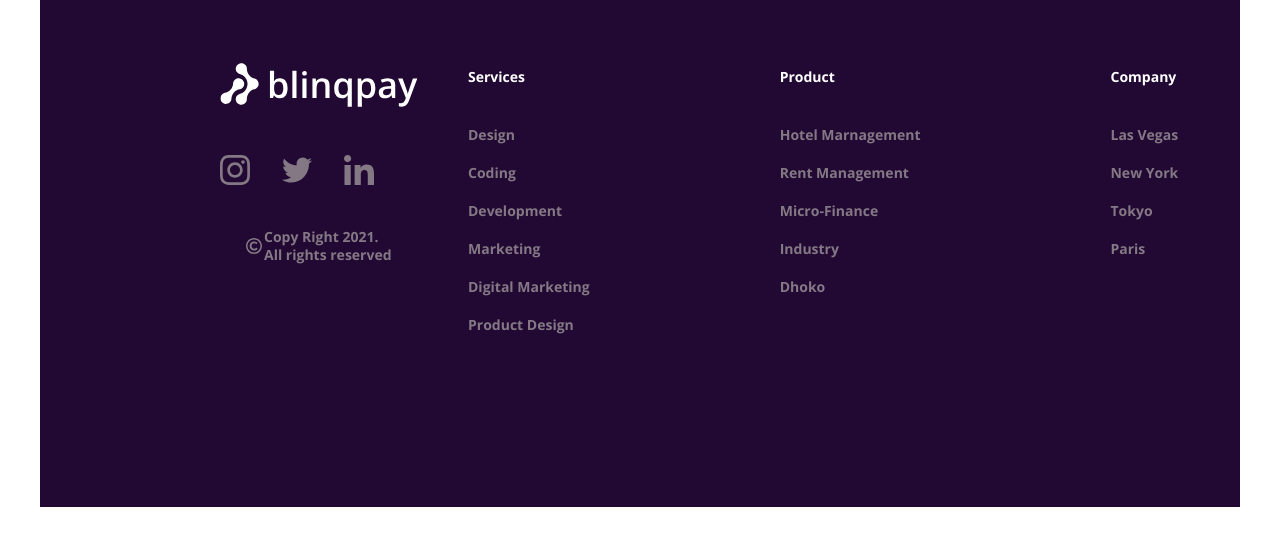
Repository: jabbarbergenoov/mobile-bling-py
Page: idnex.html
The author's editor kept a copy of each file at every save. The page is drawn from the files as they stood at one save, then again after the next save.
The browser window is 1280 px wide. The pictures show the whole page.

Above is the page before, as saved 2025-04-17 19:03:22.

### idnex.html
<!DOCTYPE html>
<html lang="en">
<head>
    <meta charset="UTF-8">
    <meta name="viewport" content="width=device-width, initial-scale=1.0">
    <title>Document</title>
    <link rel="stylesheet" href="./style/styl.css">
</head>
<body>
    <header class="arslan">

    </header>
    <main>
        <section class="chingiz"></section>
        <section class="ulugbek"></section>
        <section class="bekzad"></section>
        <section class="maftuna"></section>
        <section class="aydos"></section>
    </main>
    <footer class="behruz">
        <div class="container">
            <div class="footer">
                <div class="boxa">
                  <img src="./images/Logo.svg" alt="" class="iimg">
                  <div class="df">
                  <img src="./images/insta.svg" alt="" class="insta">
                  <img src="./images/twiter.svg" alt="" class="twiter">
                  <img src="./images/in.svg" alt="" class="in">
                  </div>
                  <div class="gh">
                  <img src="./images/c.svg" alt="" class="iimg2">
                  <p class="ssd">Copy Right 2021. <br>All rights reserved</p>
                  </div>
                </div>
                <div class="boxes">
                <div class="boxb">
                  <h2 class="word">Services</h2>
                  <p class="texts">Design</p>
                  <p class="texts">Coding</p>
                  <p class="texts">Development</p>
                  <p class="texts">Marketing</p>
                  <p class="texts">Digital Marketing</p>
                  <p class="texts">Product Design</p>
                </div>
                <div class="boxb">
                  <h2 class="word">Product</h2>
                  <p class="texts">Hotel Marnagement</p>
                  <p class="texts">Rent Management</p>
                  <p class="texts">Micro-Finance</p>
                  <p class="texts">Industry</p>
                  <p class="texts">Dhoko</p>
                </div>
                <div class="boxb">
                  <h2 class="word">Company</h2>
                  <p class="texts">Las Vegas</p>
                  <p class="texts">New York</p>
                  <p class="texts">Tokyo</p>
                  <p class="texts">Paris</p>
                </div>
                </div>
              </div>
            </div>
    </footer>
</body>
</html>

### style/styl.css
@import url(https://fonts.googleapis.com/css?family=Open+Sans:300,regular,500,600,700,800,300italic,italic,500italic,600italic,700italic,800italic);
* {
    margin: 0;
    padding: 0;
    box-sizing: border-box;
}
.container {
    padding: 0 15;
    width: 1200px;
    margin: 0 auto;
}
.footer {
    height: 689px;
    background: rgb(33, 9, 51);
    position: relative;
    bottom: 182px;
    display: flex;
    gap: 50px;
  }
  .iimg {
    padding-top: 242px;
    padding-left: 180px;
  }
  .df {
    display: flex;
    gap: 32px;
    padding-left: 180px;
    padding-top: 42px;
  }
  .gh {
    display: flex;
    gap: 2px;
    padding-left: 206px;
    padding-top: 43px;
  }

  .ssd {
    color: rgb(133, 120, 133);
    font-size: 14px;
    font-weight: 700;
    line-height: 128.6%;
    letter-spacing: 4%;
    font-family: Open Sans;
  }
  .word {
    color: rgb(255, 255, 255);
    font-size: 14px;
    font-weight: 700;
    line-height: 128.6%;
    letter-spacing: 4%;
    text-align: left;
    padding-bottom: 20px;
    font-family: Open Sans;

  }
  .texts {
    color: rgb(133, 120, 133);
    font-family: Open Sans;
    font-size: 14px;
    font-weight: 700;
    line-height: 128.6%;
    padding-top: 20px;
  }
  .boxb{
    padding-top: 250px;
  }
  .boxes{
    display: flex;
    gap: 190px;

  }

After the next save:
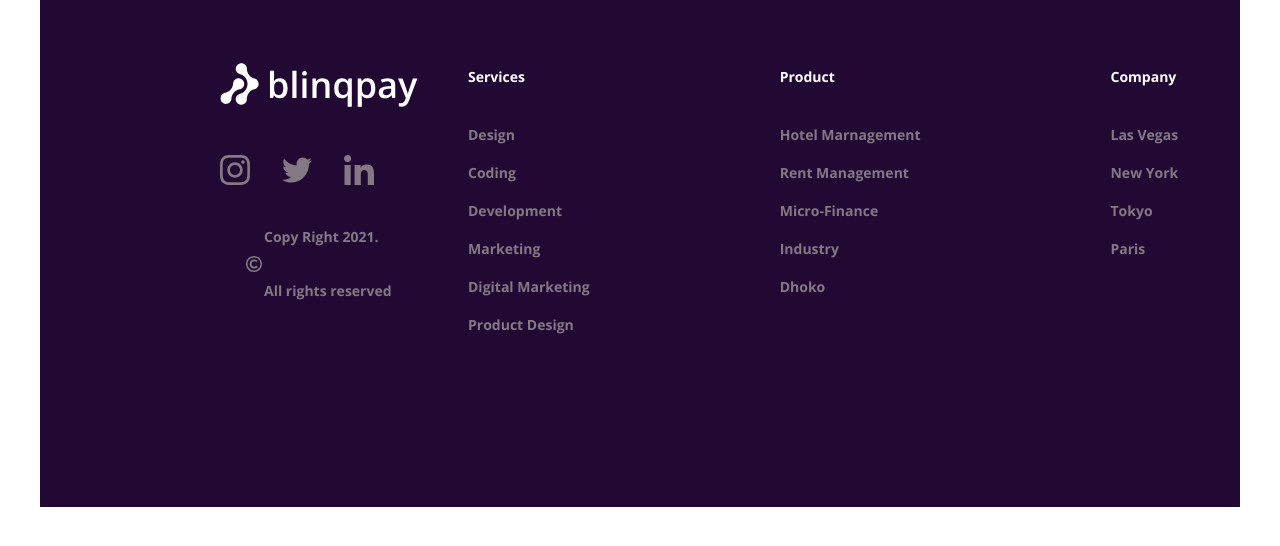
Saved 39 s later.
--- a/idnex.html
+++ b/idnex.html
@@ -29,7 +29,7 @@
                   </div>
                   <div class="gh">
                   <img src="./images/c.svg" alt="" class="iimg2">
-                  <p class="ssd">Copy Right 2021. <br>All rights reserved</p>
+                  <p class="ssd">Copy Right 2021. <br><br><br>All rights reserved</p>
                   </div>
                 </div>
                 <div class="boxes">
